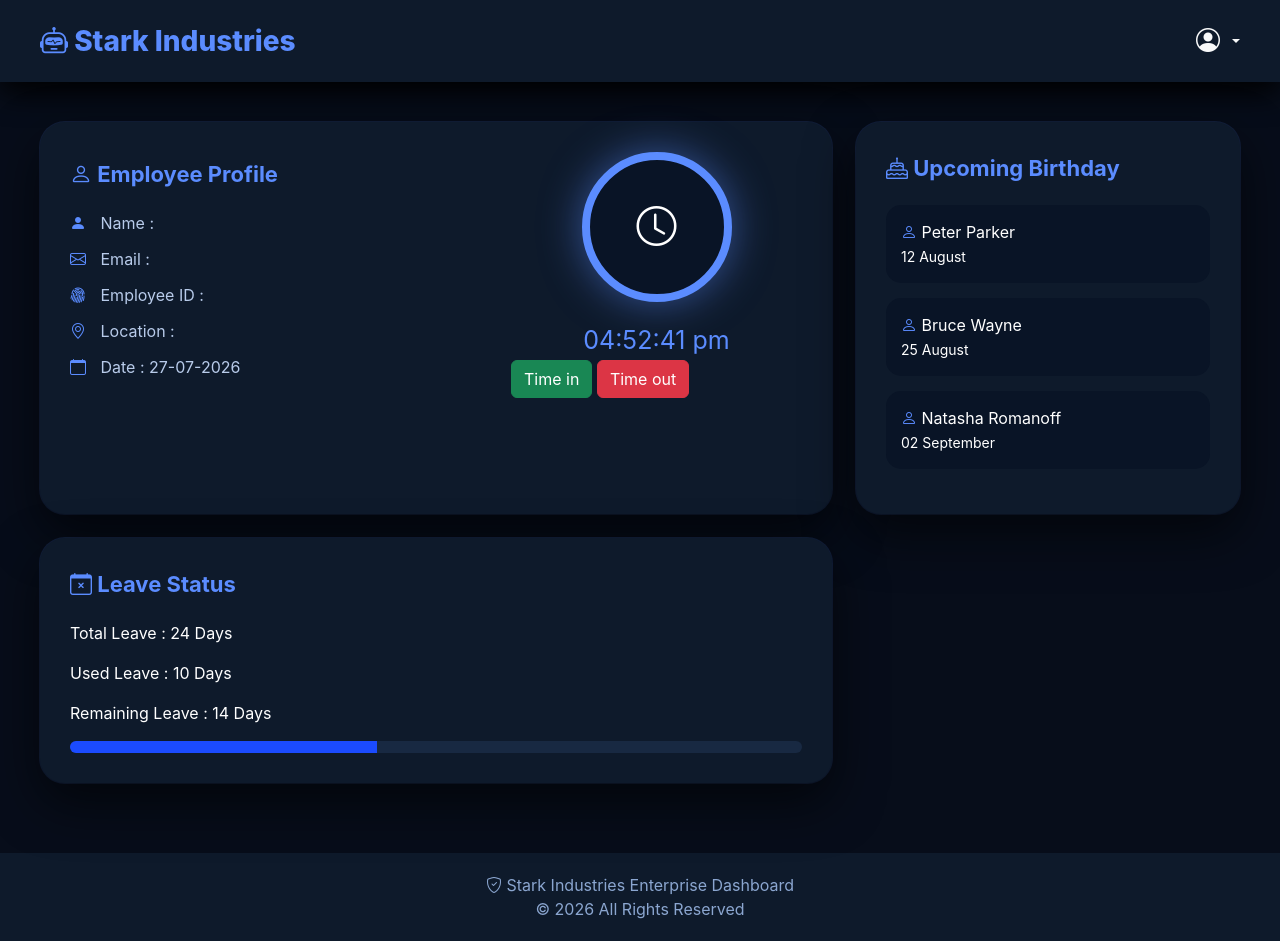
Repository: abhinav050799/office-management-
Page: resources/views/dashboard.blade.php
These files come from the project's save history. The page is drawn as it stood at one moment and after a run of saves; the edit follows.
The browser window is 1280 px wide. The pictures show the whole page.
The page is served by the project's Laravel application, run on PHP 8.4 with Laravel 12. Other server files are loaded and not shown. The template is opened directly, without the code that normally fills it, so the values that code supplies are empty.

Above is the page before, as saved 2026-07-27 17:03:37.

### routes/web.php
<?php

use Illuminate\Support\Facades\Route;
use App\Http\Controllers\UserController;
Route::get('/', function () {
    return view('welcome');
});

Route::controller(UserController::class)->group(function(){
Route::get('/login', 'loginForm')->name('login');
Route::get('/register', 'registerForm')->name('register');
Route::post('/registeruser', 'register')->name('registeruser');
Route::post('/loginUser', 'login')->name('loginUser');
Route::get('/dashboard','dashboard')->name('dashboard');
Route::post('/logout', 'logout')->name('logout');
Route::get('/profile', 'profile')->name('profile');
Route::post('/profileUpdate', 'profileUpdate')->name('profileUpdate');
});

### resources/views/dashboard.blade.php
@include('layout.header')


    <!-- DASHBOARD -->


    <div class="dashboard">


        <div class="row g-4">


            <!-- LEFT USER BOX -->


            <div class="col-lg-8">


                <div class="card-box">


                    <div class="row align-items-center">


                        <!-- USER DETAILS -->

                        <div class="col-md-7">


                            <div class="title">

                                <i class="bi bi-person"></i>
                                Employee Profile

                            </div>


                            <div class="user-detail">


                                <p>
                                    <i class="bi bi-person-fill"></i>
                                    Name : {{ $data->name }}
                                </p>


                                <p>
                                    <i class="bi bi-envelope"></i>
                                    Email : {{ $data->email }}
                                </p>


                                <p>
                                    <i class="bi bi-fingerprint"></i>
                                    Employee ID : {{ $data->account_id }}
                                </p>


                                <p>
                                    <i class="bi bi-geo-alt"></i>
                                    Location : {{ $data->address }}
                                </p>


                                <p>
                                    <i class="bi bi-calendar"></i>
                                    Date : {{ now()->format('d-m-Y') }}
                                </p>


                            </div>


                        </div>



                        <!-- WATCH -->


                        <div class="col-md-5">


                            <div class="watch">

                                <i class="bi bi-clock"></i>

                            </div>


                            <div class="time" id="clock">

                                00:00:00

                            </div>

                            <div class="timeinout">
                                <button class="btn btn-success">Time in</button>
                                <button class="btn btn-danger">Time out </button>
                            </div>


                        </div>


                    </div>


                </div>



            </div>





            <!-- RIGHT BIRTHDAY BOX -->


            <div class="col-lg-4">


                <div class="card-box">


                    <div class="title">

                        <i class="bi bi-cake"></i>

                        Upcoming Birthday

                    </div>



                    <div class="employee">

                        <i class="bi bi-person"></i>

                        Peter Parker

                        <br>

                        <small>

                            12 August

                        </small>

                    </div>



                    <div class="employee">

                        <i class="bi bi-person"></i>

                        Bruce Wayne

                        <br>

                        <small>

                            25 August

                        </small>

                    </div>



                    <div class="employee">

                        <i class="bi bi-person"></i>

                        Natasha Romanoff

                        <br>

                        <small>

                            02 September

                        </small>

                    </div>



                </div>


            </div>




            <!-- LEAVE STATUS -->


            <div class="col-lg-8">


                <div class="card-box">


                    <div class="title">

                        <i class="bi bi-calendar-x"></i>

                        Leave Status

                    </div>


                    <p>
                        Total Leave : 24 Days
                    </p>


                    <p>
                        Used Leave : 10 Days
                    </p>


                    <p>
                        Remaining Leave : 14 Days
                    </p>



                    <div class="progress">

                        <div class="progress-bar" style="width:42%">

                        </div>

                    </div>


                </div>


            </div>





        </div>


    </div>




@include('layout.footer')





    <script>


        function clock() {

            let date = new Date();

            // let time = date.toLocaleTimeString();
  let time = date.toLocaleTimeString('en-IN', {
        hour: '2-digit',
        minute: '2-digit',
        second: '2-digit',
        hour12: true
    });

            document.getElementById("clock").innerHTML = time;


        }


        setInterval(clock, 1000);


        clock();


    </script>
<script src="https://cdn.jsdelivr.net/npm/bootstrap@5.3.2/dist/js/bootstrap.bundle.min.js"></script>


</body>

</html>

### resources/views/layout/header.blade.php
<!DOCTYPE html>
<html lang="en">

<head>
    <meta charset="UTF-8">
    <meta name="viewport" content="width=device-width, initial-scale=1.0">

    <title>Stark Industries Dashboard</title>

    <link href="https://cdn.jsdelivr.net/npm/bootstrap@5.3.2/dist/css/bootstrap.min.css" rel="stylesheet">

    <link href="https://cdn.jsdelivr.net/npm/bootstrap-icons@1.11.3/font/bootstrap-icons.css" rel="stylesheet">

    <style>
        * {
            margin: 0;
            padding: 0;
            box-sizing: border-box;
        }

        body {
            font-family: 'Inter', sans-serif;
            background: #070d1a;
            color: #fff;
            min-height: 100vh;
        }


        /* HEADER */

        .header {
            background: #0e1a2b;
            padding: 20px 40px;
            box-shadow: 0 10px 30px #000;
        }

        .logo {
            font-size: 28px;
            font-weight: 800;
            color: #5b8cff;
        }

        .header a {
            color: #9bb2d9;
            text-decoration: none;
        }


        /* MAIN */

        .dashboard {
            padding: 40px;
        }


        /* CARDS */

        .card-box {

            background: #0e1a2b;
            border-radius: 25px;
            padding: 30px;

            box-shadow:
                0 20px 50px rgba(0, 0, 0, .6),
                0 0 0 1px rgba(91, 140, 255, .15);

            height: 100%;
        }


        .title {

            color: #5b8cff;
            font-size: 22px;
            font-weight: 700;

            margin-bottom: 20px;

        }


        /* USER */

        .user-detail p {

            color: #b8cbea;
            margin-bottom: 12px;

        }


        .user-detail i {

            color: #5b8cff;
            margin-right: 10px;

        }


        /* WATCH */

        .watch {

            width: 150px;
            height: 150px;

            border-radius: 50%;

            background: #091426;

            border: 8px solid #5b8cff;

            display: flex;
            justify-content: center;
            align-items: center;

            margin: auto;

            font-size: 40px;

            box-shadow:
                0 0 40px rgba(91, 140, 255, .5);

        }


        .time {

            text-align: center;

            margin-top: 20px;

            font-size: 25px;

            color: #5b8cff;

        }


        /* BIRTHDAY */


        .employee {

            background: #091426;

            padding: 15px;

            border-radius: 15px;

            margin-bottom: 15px;

        }


        .employee i {

            color: #5b8cff;

        }



        /* LEAVE */


        .progress {

            height: 12px;

            background: #182942;

        }

        .progress-bar {

            background: #1b4bff;

        }


        /* FOOTER */


        .footer {

            background: #0e1a2b;

            padding: 20px;

            text-align: center;

            color: #8ba6d0;

            margin-top: 30px;

        }


        @media(max-width:768px) {

            .dashboard {
                padding: 20px;
            }

            .header {
                padding: 20px;
            }

        }
        .dropdown-menu{
    background:#0e1a2b;
    border:1px solid rgba(91,140,255,.2);
    border-radius:15px;
    padding:10px;
}

.dropdown-item{
    color:#bdd2f5;
    border-radius:10px;
}

.dropdown-item:hover{
    background:#1b4bff;
    color:white;
}

    </style>

</head>


<body>


    <!-- HEADER -->

    <header class="header">

        <div class="d-flex justify-content-between align-items-center">

            <div class="logo">

                <i class="bi bi-robot"></i>
                Stark Industries

            </div>


            <div class="dropdown">

                <a class="dropdown-toggle text-decoration-none text-light d-flex align-items-center gap-2" href="#"
                    role="button" data-bs-toggle="dropdown" aria-expanded="false">

                    <i class="bi bi-person-circle fs-4"></i>

                    {{ session('username') }}

                </a>


                <ul class="dropdown-menu dropdown-menu-end">

                    <li>
                        <a class="dropdown-item" href="{{ url('profile') }}">
                            <i class="bi bi-gear me-2"></i>
                            Settings
                        </a>
                    </li>


                    <li>
                        <hr class="dropdown-divider">
                    </li>


                    <li>

                        <form method="POST" action="{{ route('logout') }}">

                            @csrf

                            <button type="submit" class="dropdown-item text-danger">

                                <i class="bi bi-box-arrow-right me-2"></i>
                                Logout

                            </button>

                        </form>

                    </li>


                </ul>

            </div>


        </div>

    </header>

### resources/views/layout/footer.blade.php
    <!-- FOOTER -->


    <footer class="footer">


        <i class="bi bi-shield-check"></i>

        Stark Industries Enterprise Dashboard

        <br>

        © 2026 All Rights Reserved


    </footer>

After the next 2 saves:
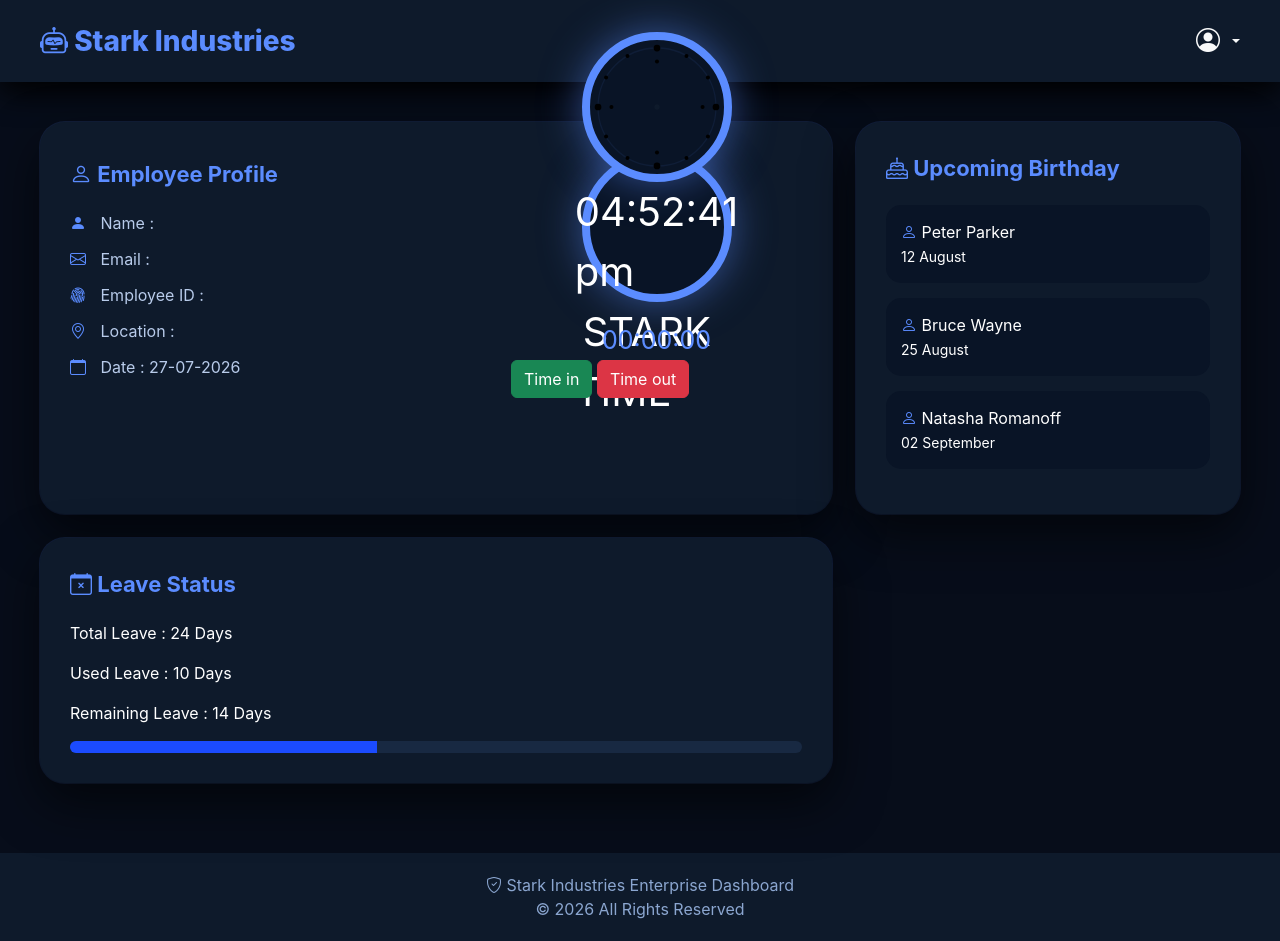
The 2 saves are shown as one change because they came seconds apart.
The last was saved 3 min 17 s later.
--- a/resources/views/dashboard.blade.php
+++ b/resources/views/dashboard.blade.php
@@ -83,8 +83,62 @@
 
                             <div class="watch">
 
-                                <i class="bi bi-clock"></i>
-
+                                <!-- <i class="bi bi-clock"></i> -->
+
+                                 <div class="clock-card">
+
+    <!-- MODERN WATCH FACE (SVG) -->
+    <div class="watch" id="watchFace">
+      <svg viewBox="0 0 100 100" class="clock-svg" id="clockSvg">
+        <!-- HOUR MARKERS (12, 3, 6, 9) -->
+        <circle cx="50" cy="50" r="44" fill="none" stroke="rgba(91,140,255,0.08)" stroke-width="1"/>
+
+        <!-- 12 major markers (only 4 are big, rest small) -->
+        <g id="markers">
+          <!-- will be generated by JS but we can hardcode a few for demo -->
+          <circle cx="50" cy="6" r="2.5" class="marker-major"/>
+          <circle cx="50" cy="94" r="2.5" class="marker-major"/>
+          <circle cx="6" cy="50" r="2.5" class="marker-major"/>
+          <circle cx="94" cy="50" r="2.5" class="marker-major"/>
+
+          <!-- minor markers (approx) -->
+          <circle cx="50" cy="16" r="1.5" class="marker"/>
+          <circle cx="50" cy="84" r="1.5" class="marker"/>
+          <circle cx="16" cy="50" r="1.5" class="marker"/>
+          <circle cx="84" cy="50" r="1.5" class="marker"/>
+
+          <circle cx="72" cy="12" r="1.5" class="marker"/>
+          <circle cx="28" cy="12" r="1.5" class="marker"/>
+          <circle cx="72" cy="88" r="1.5" class="marker"/>
+          <circle cx="28" cy="88" r="1.5" class="marker"/>
+
+          <circle cx="88" cy="28" r="1.5" class="marker"/>
+          <circle cx="88" cy="72" r="1.5" class="marker"/>
+          <circle cx="12" cy="28" r="1.5" class="marker"/>
+          <circle cx="12" cy="72" r="1.5" class="marker"/>
+        </g>
+
+        <!-- HANDS (they rotate around 50,50) -->
+        <!-- HOUR hand -->
+        <line x1="50" y1="50" x2="50" y2="28" class="hand hour-hand" id="hourHand"/>
+        <!-- MINUTE hand -->
+        <line x1="50" y1="50" x2="50" y2="20" class="hand minute-hand" id="minuteHand"/>
+        <!-- SECOND hand -->
+        <line x1="50" y1="50" x2="50" y2="14" class="hand second-hand" id="secondHand"/>
+
+        <!-- center cap -->
+        <circle cx="50" cy="50" class="center-dot"/>
+        <circle cx="50" cy="50" r="2" fill="#0e1a2b"/> <!-- inner dot for depth -->
+      </svg>
+    </div>
+
+    <!-- DIGITAL TIME (matches your .time style but upgraded) -->
+    <div class="digital-time" id="clock">00:00:00</div>
+    <div class="clock-label">
+      <i class="fas fa-clock" style="color: #5b8cff; margin-right: 8px;"></i> STARK TIME
+    </div>
+
+  </div>
                             </div>
 
 
